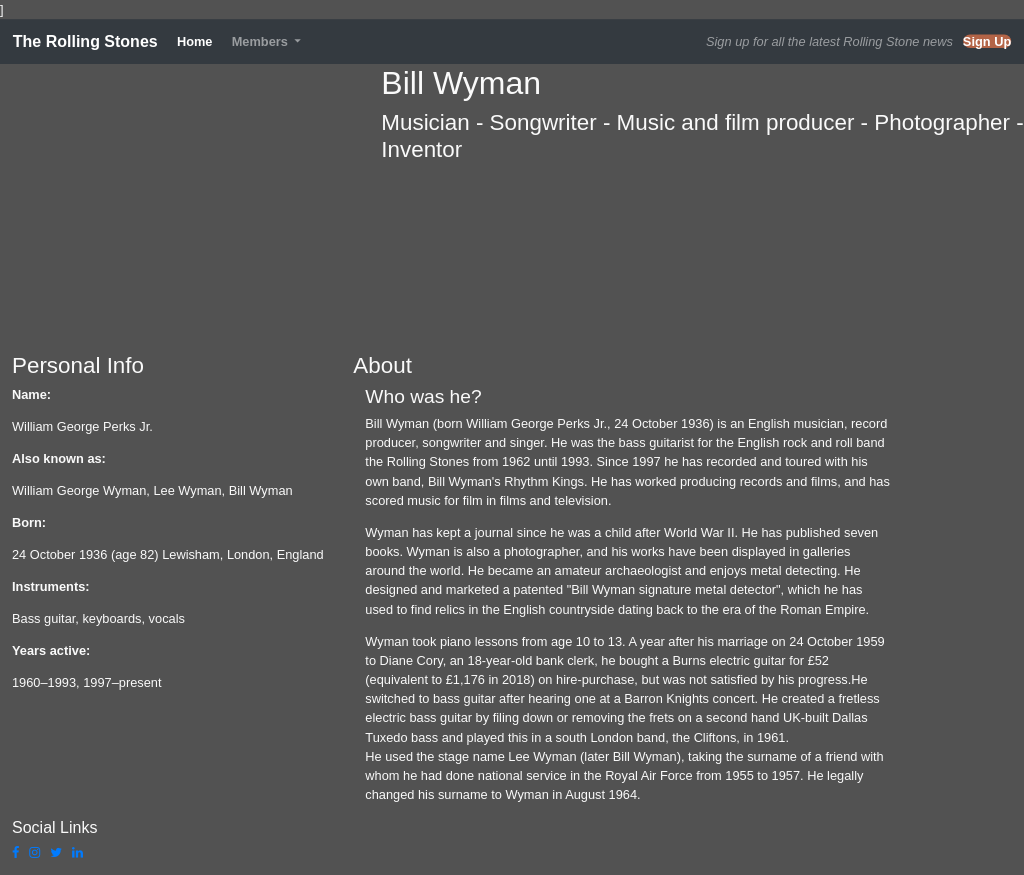
Repository: TecDruid/rolling-stones-fan-site
Page: bill-wyman.html
The author's editor kept a record of every edit. The page is drawn from the files as they stood at one moment, then again after the next edit.
The browser window is 1280 px wide. The pictures show the whole page, at 80% of full size.
Some web fonts or font styles are not loaded; a fallback is used. Some web libraries are served in a nearby version.

Above is the page before.

After the next edit:
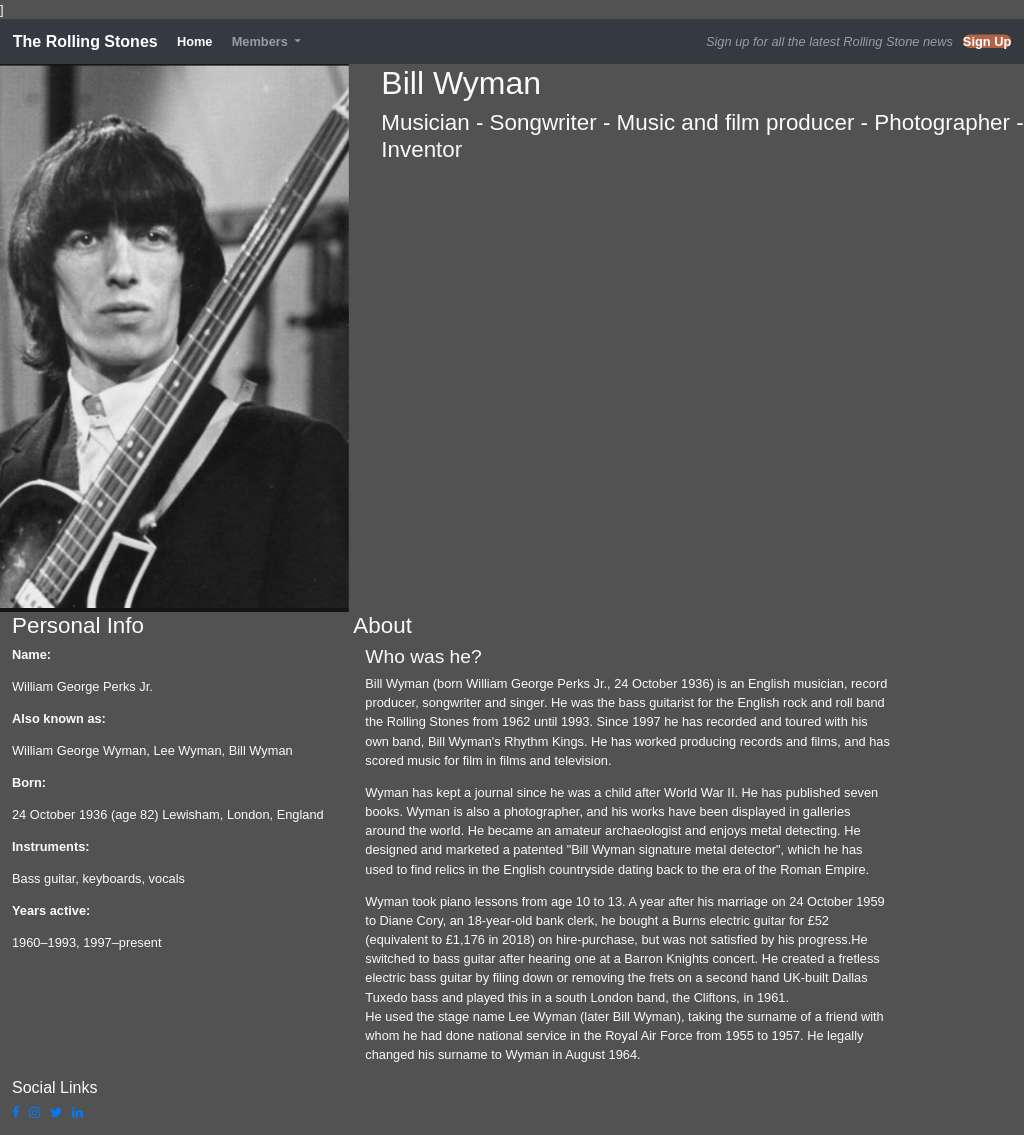
The edit:
--- a/bill-wyman.html
+++ b/bill-wyman.html
@@ -57,7 +57,11 @@
 
     <header>
         <div class="row no-gutters">
-            <a class="col-md-4 logo" href="index.html"></a>
+            <a class="col-md-4 logo bill-profile" href="index.html">
+
+                <img src="bill-prof.jpg" alt="Bill Wyman">
+
+            </a>
             <div class="col-md-8">
                 <div class="row no-gutters bg-color-name-title">
                     <div class="col heading">
